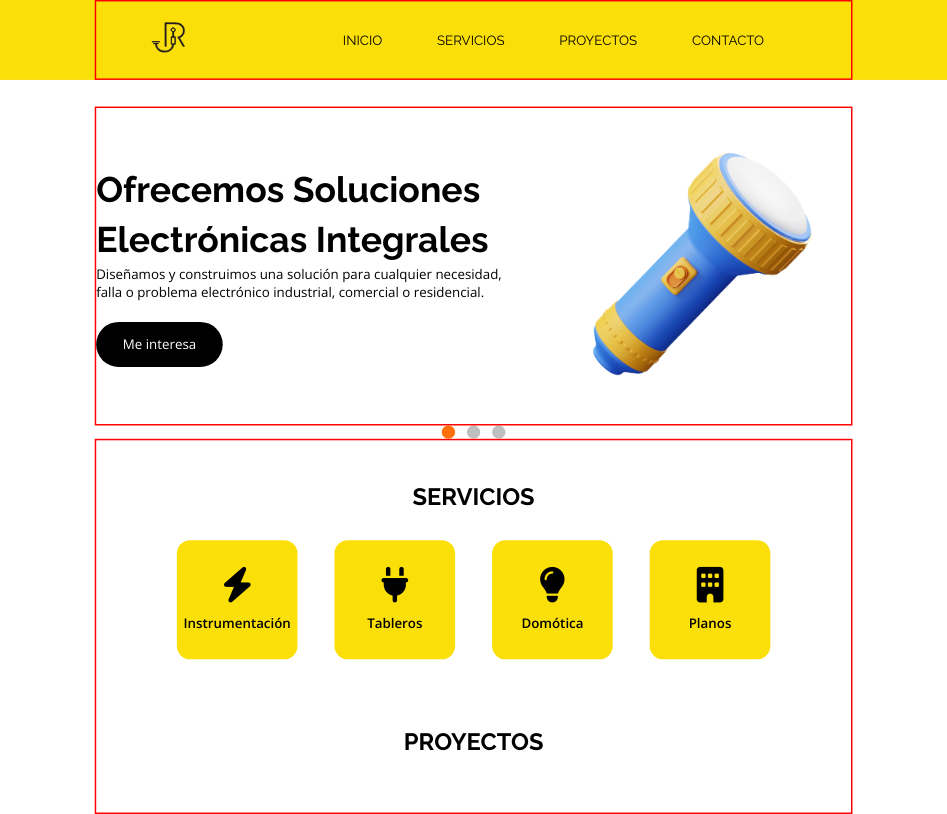
Repository: jeraldinnemg/rjelectronics
Page: index.html
These files come from the project's save history. The page is drawn as it stood at one moment and after the next save; the edit follows.
The browser window is 1280 px wide. The pictures show the whole page, at 74% of full size.
Some web libraries are served in a nearby version.

Above is the page before, as saved 2022-08-03 23:40:51.

After the next save:
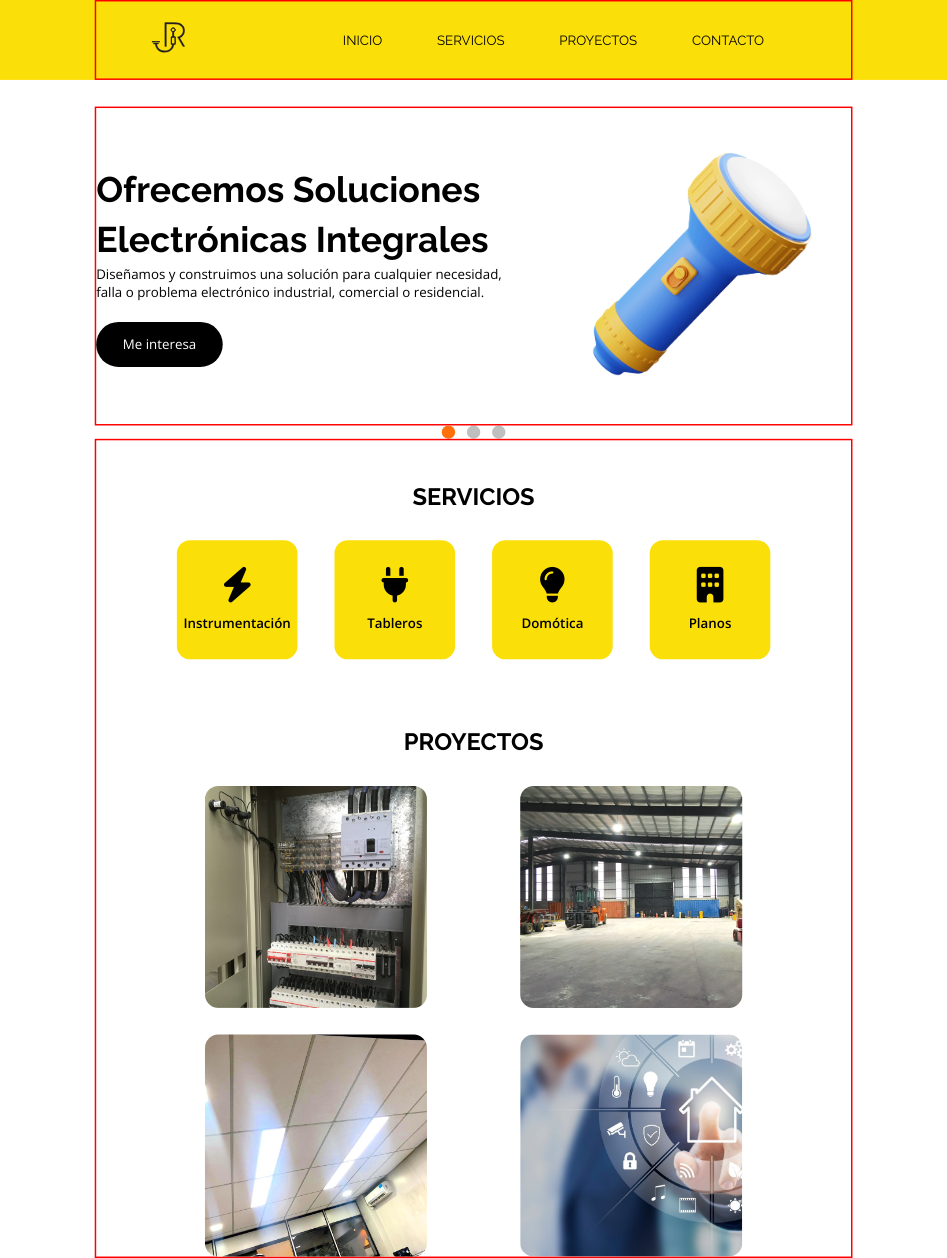
Saved 16 s later.
--- a/index.css
+++ b/index.css
@@ -419,6 +419,8 @@ i:hover{
 .projects-container >article{
     position: relative;
 
+    min-width: 300px;
+    min-height: 300px;
     background-size: cover;
     background-repeat: no-repeat;
     background-position: center center;
